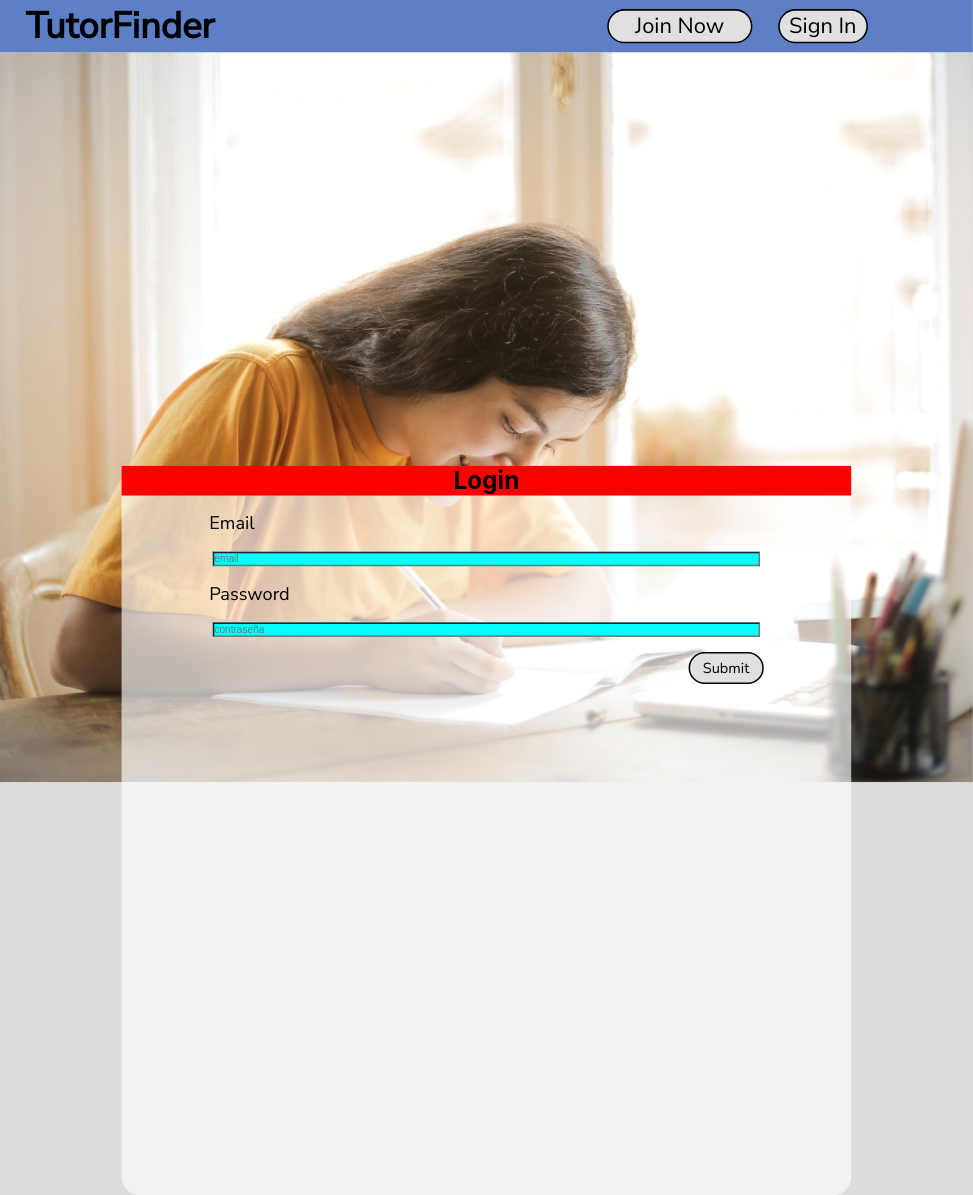
Repository: uprm-inso-4117-2020-2021-s2/semester-project-uprm-inso-4117-2020-2021-s2-team-7
Page: / (app in tutorfinder/)
An editor plug-in stored every save of this project. The page is shown before and after the next save, followed by the edit.
The browser window is 1280 px wide. The pictures show the whole page, at 76% of full size.
The project was rebuilt for these pictures with package versions that can differ from the ones it lists, and the page was loaded fresh each time. Also part of the build but not shown: tutorfinder/src/Search.js, tutorfinder/src/Signup.js.

Above is the page before, as saved 2021-03-30 20:41:16.

### tutorfinder/src/App.js
import React from "react";
import './App.css';
import Nav from './Nav.js';
import Welcome from "./Welcome";




function App() {
  return (

      <div className="">

        <Nav />
     <Welcome/>

      </div>

  );
}



export default App;

### tutorfinder/src/Nav.js
import React from "react";
import "./App.css";
import "./Nav.css"

class Nav extends React.Component {

  render(){

  return (
    <div className="">
  <table className="navBar">
      <tr>
          <td className="left"><h1 className="title">TutorFinder</h1></td>

          <td className="middle "><button className="buttons buttonLetters ">Join Now</button></td>
          <td className="right"><button className="buttons buttonLetters">Sign In</button></td>
      </tr>
      </table>

    </div>
  );
}
}

export default Nav;

### tutorfinder/src/Welcome.js
import React from "react";
import "./App.css";
import "./Welcome.css"
import foto from "./assets/bg.png"
import Search from "./Search";
import Login from "./Login";
import Signup from "./Signup";

class Welcome extends React.Component {

    constructor(props){
        super(props);
        this.state = {
          isLoginVisible: true
        }
      }

      goToRegister(){
        this.setState({
          isLoginVisible: false
        })
      }

      goToLogin(){
        this.setState({
          isLoginVisible: true
        })
      }


  render(){

  return (
    <div className="background">

{this.state.isLoginVisible && (<Login goToRegister={this.goToRegister.bind(this)}></Login>)}
          {!this.state.isLoginVisible && (<Signup goToLogin={this.goToLogin.bind(this)}></Signup>)}

 {/* <Search/> */}
 {/* <Login/> */}
 {/* <Signup/> */}

    </div>
  );
}
}

export default Welcome;

### tutorfinder/src/Nav.css
@import url("https://fonts.googleapis.com/css2?family=Nunito+Sans&display=swap");

.title {
  font-family: "Nunito Sans", sans-serif;
  font-style: normal;
  font-weight: bold;
  font-size: 48px;
  line-height: 65px;

}

.navBar {
    table-layout: fixed;
  background-color: #5d7fc5;
  width: 100%;
}

.buttons {
  background: #e0e0e0;
  border-radius: 45px;
  outline: none;
  border-style: solid;

}

.buttonLetters {
  font-family: "Nunito Sans", sans-serif;
  font-style: normal;
  font-weight: 300;
  font-size: 1.8em;
  line-height: 41px;
  text-align: center;
  padding-right: 10%;
  padding-left: 10%;

}

.left{
text-align: left;
padding-left: 2.5%;
width: 50%;
}

.right{
    text-align: left;
    padding-right: 10%;
    width: 20%;
}

.middle{
    /* background-color: red; */
    text-align: right;
    padding-right: 2.5%;
}

### tutorfinder/src/Welcome.css

@import url("https://fonts.googleapis.com/css2?family=Nunito+Sans&display=swap");

.background{
background-image: url("./assets/bg.png");
width:100%;
height:60em;
position:relative;
}

.square{
    background: rgba(255, 255, 255, 0.65);
border-radius: 25px;
text-align: center;
}

.everything{
    position:absolute;
    top:50%;
    left:50%;
    width :75%;
    height:25%;
    margin-left:-37.5%;
    margin-top:5%;

}

.search{
    width: 100%;
    background: #FFFFFF;
box-shadow: 0px 4px 4px rgba(0, 0, 0, 0.25);
border-radius: 50px;
height: 1.5em;
}

.paragraph{
    font-family: "Nunito Sans", sans-serif;
font-style: normal;
font-weight: 300;
font-size: 1.5em;
line-height: 49px;
text-align: center;
}

.heading{
    font-family: "Nunito Sans", sans-serif;
font-style: normal;
font-weight: bold;
font-size: 3em;
line-height: 87px;
text-align: center;
}

.login{
    position:absolute;
    top:50%;
    left:50%;
    width :75%;
    height:100%;
    margin-left:-37.5%;
    margin-top:5%;
    text-align: center;
    background: rgba(255, 255, 255, 0.65);
    border-radius: 25px;
}

.signup{
    position:absolute;
    top:45%;
    left:50%;
    width :75%;
    height:45%;
    margin-left:-37.5%;
    margin-top:5%;
    text-align: center;
    background: rgba(255, 255, 255, 0.65);
    border-radius: 25px;
}


.size{
    width: 75%;
    background-color: aqua;
}

.fullWidth{
    width: 100%;
}

.text-right{
    text-align: right;
    padding-right: 12%;
}

.text-left{
    text-align: left;
    padding-left: 12%;
    font-family: "Nunito Sans", sans-serif;
    font-size: 1.5em;
}

.submit{
    font-family: "Nunito Sans", sans-serif;
    font-style: normal;
    font-weight: 300;
    font-size: 1.2em;
line-height: 200%;
    text-align: center;
    padding-right: 2%;
    padding-left: 2%;
}

.color{
    background-color: red;
}

### tutorfinder/src/Login.js
import React from "react";
import "./App.css";
import "./Welcome.css"
import { Input, FormGroup, Label, Form, Container, Button, Col } from 'reactstrap';

class Login extends React.Component {

  render() {

    return (
      <div className="login">
        <h1 className="color">Login</h1>
        <div className="fullWidth">
          <Container>
            <Form>
              <br>
              </br>
              <Col className="">
                <FormGroup inline>
                  <div className="text-left">
                    <Label >Email</Label>
                  </div>
                  <br></br>
                  <Input
                    type="email"
                    name="email"

                    id="exampleEmail"
                    placeholder="email"
                    className="size"
                  />
                </FormGroup>
              </Col>
              <br></br>
              <Col className="">
                <FormGroup >
                  <div className="text-left">
                    <Label for="">Password</Label>
                  </div>
                  <br></br>
                  <Input
                    type="password"
                    name="password"

                    id="examplePassword"
                    placeholder="contraseña"
                    className="size"
                  />
                </FormGroup>
              </Col>
              <div className="text-right">
                <br></br>

                <Button color="danger" type="submit" className="buttons submit"  >Submit</Button>
              </div>
            </Form>
            <br>
            </br>
          </Container>
        </div>
      </div>
    );
  }
}

export default Login;

Loaded but not shown: tutorfinder/public/index.html (common file); tutorfinder/src/index.js (common file); tutorfinder/src/index.css (common file); tutorfinder/src/reportWebVitals.js (common file); tutorfinder/src/App.css (common file)

After the next save:
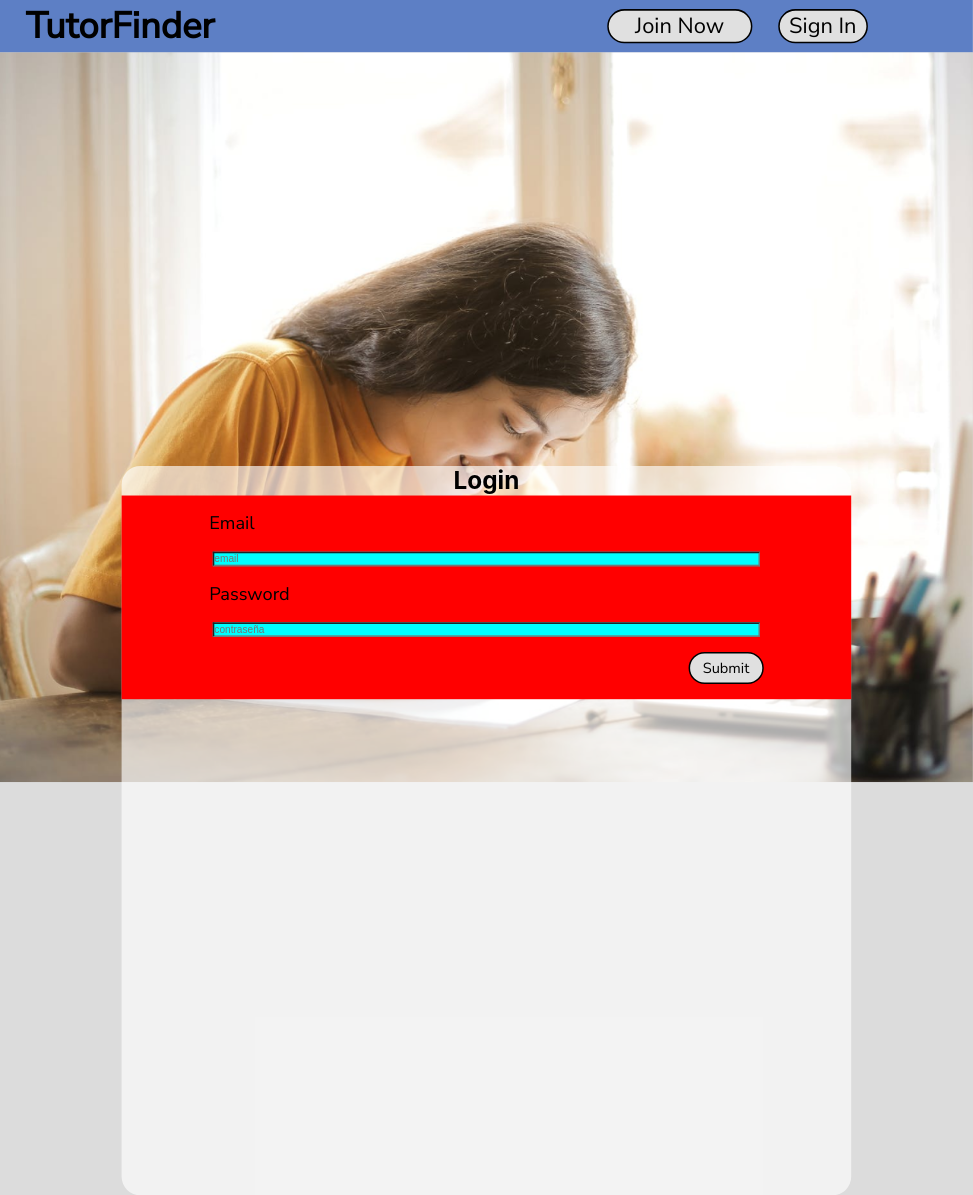
Saved 16 s later.
--- a/tutorfinder/src/Login.js
+++ b/tutorfinder/src/Login.js
@@ -9,8 +9,8 @@ class Login extends React.Component {
 
     return (
       <div className="login">
-        <h1 className="color">Login</h1>
-        <div className="fullWidth">
+        <h1 className="">Login</h1>
+        <div className="fullWidth color">
           <Container>
             <Form>
               <br>
